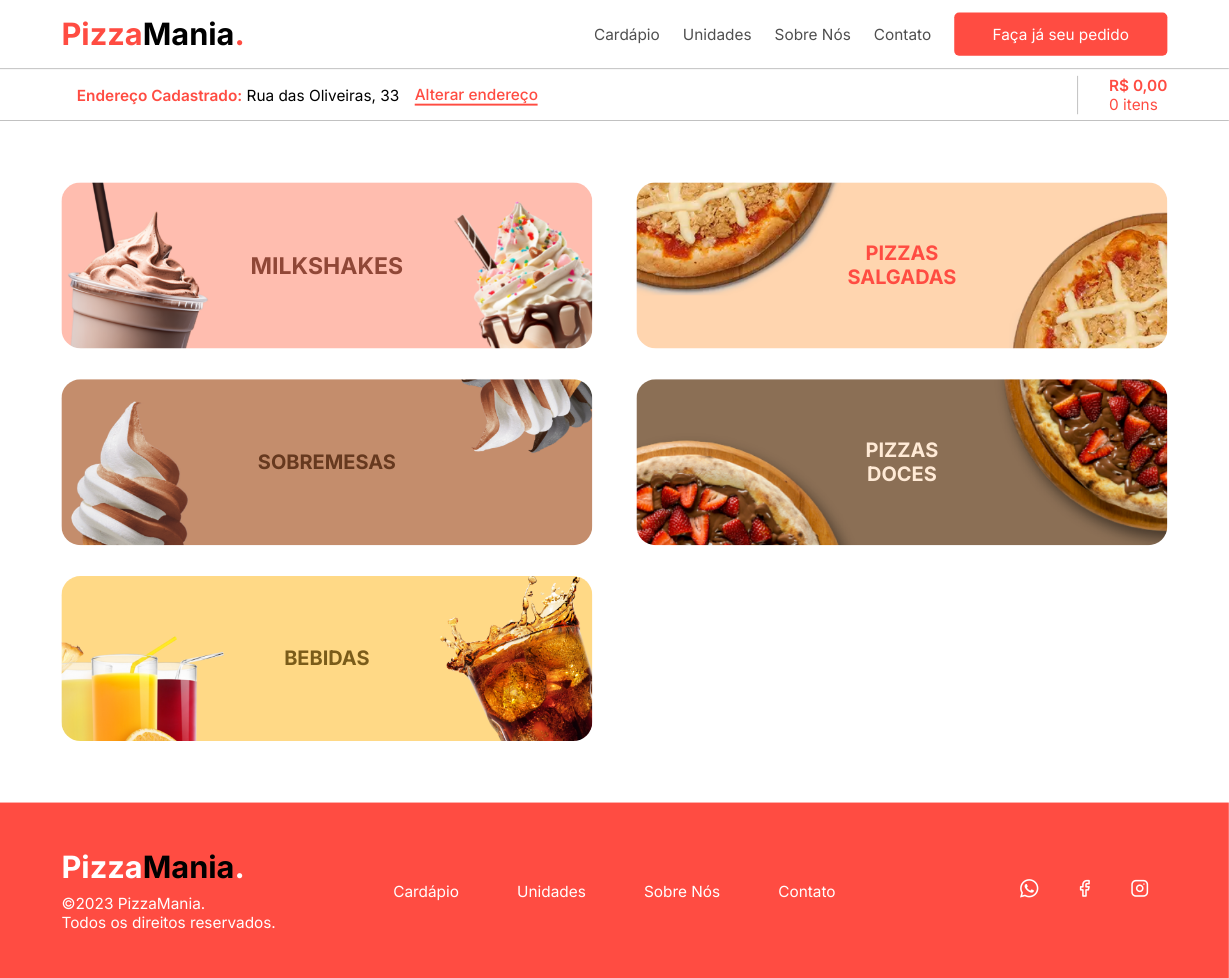
Repository: lucas-albuq/PizzaMania
Page: assets/pages/cardapio.html
An editor plug-in stored every save of this project. The page is shown before and after a run of saves, followed by the edit.
The browser window is 1280 px wide. The pictures show the whole page, at 96% of full size.
The pointer rests on the first visible `.categorias-cardapio a`.
Some icons come from a web library that is not loaded, so they are not drawn. Some web libraries are served in a nearby version.

Above is the page before, as saved 2024-01-04 21:58:33.

### assets/pages/cardapio.html
<!DOCTYPE html>
<html lang="en">
<head>
    <meta charset="UTF-8">
    <meta name="viewport" content="width=device-width, initial-scale=1.0">
    <title>PizzaMania. - Cardápio</title>
    <link rel='stylesheet' href='https://cdn-uicons.flaticon.com/2.0.0/uicons-regular-rounded/css/uicons-regular-rounded.css'>
    <link rel="stylesheet" href="/assets/fonts/style.css">
    <link rel="stylesheet" href="/assets/css/pizzamania.css">
</head>
<body>
    <div id="header"></div>
    <main>
        <div class="categorias-cardapio">
            <a href="#">
                <div class="milkshakes">
                    <h2>Milkshakes</h2>
                </div>
            </a>
            <a href="#">
                <div class="pizzas-salgadas">
                    <h2>Pizzas <br>Salgadas</h2>
                </div>
            </a>
            <a href="#">
                <div class="sobremesas">
                    <h2>Sobremesas</h2>
                </div>
            </a>
            <a href="#">
                <div class="pizzas-doces">
                    <h2>Pizzas <br>Doces</h2>
                </div>
            </a>
            <a href="#">
                <div class="bebidas">
                    <h2>Bebidas</h2>
                </div>
            </a>
        </div>
    </main>
    <div id="footer"></div>
    <script src="https://ajax.googleapis.com/ajax/libs/jquery/3.1.0/jquery.min.js"></script>
    <script src="../../main.js"></script>
</body>
</html>

### assets/fonts/style.css
@font-face {
  font-family: 'icomoon';
  src:  url('fonts/icomoon.eot?r532as');
  src:  url('fonts/icomoon.eot?r532as#iefix') format('embedded-opentype'),
    url('fonts/icomoon.ttf?r532as') format('truetype'),
    url('fonts/icomoon.woff?r532as') format('woff'),
    url('fonts/icomoon.svg?r532as#icomoon') format('svg');
  font-weight: normal;
  font-style: normal;
  font-display: block;
}

[class^="icon-"], [class*=" icon-"] {
  /* use !important to prevent issues with browser extensions that change fonts */
  font-family: 'icomoon' !important;
  speak: never;
  font-style: normal;
  font-weight: normal;
  font-variant: normal;
  text-transform: none;
  line-height: 1;

  /* Better Font Rendering =========== */
  -webkit-font-smoothing: antialiased;
  -moz-osx-font-smoothing: grayscale;
}

.icon-delivery:before {
  content: "\e909";
}
.icon-pizza:before {
  content: "\e90a";
}
.icon-fatia:before {
  content: "\e90b";
}
.icon-whatsapp:before {
  content: "\e900";
}
.icon-brand:before {
  content: "\e900";
}
.icon-social:before {
  content: "\e900";
}
.icon-facebook:before {
  content: "\e902";
}
.icon-instagram:before {
  content: "\e903";
}
.icon-mail:before {
  content: "\e904";
}
.icon-map-pin:before {
  content: "\e905";
}
.icon-menu:before {
  content: "\e901";
}
.icon-phone:before {
  content: "\e906";
}
.icon-x:before {
  content: "\e907";
}
.icon-youtube:before {
  content: "\e908";
}

### assets/css/pizzamania.css
@import url('https://fonts.googleapis.com/css2?family=Inter:wght@100;200;300;400;500;600;700;800;900&display=swap');

:root {
  --base-hue: 3;
  --primary-color: hsl(var(--base-hue), 100%, 63%);
  --secondary-color: hsl(var(--base-hue), 0%, 0%);
  --text-color: hsl(var(--base-hue), 0%, 31%);
  --text-hover-color: hsl(var(--base-hue), 0%, 51%);
  --background-color: hsl(var(--base-hue), 0%, 100%);
  --button-background: hsl(var(--base-hue), 100%, 63%);
  --button-hover-background: hsl(var(--base-hue), 67%, 47%);
  --divider-color: hsl(var(--base-hue), 0%, 75%);
  --shadow-color:rgba(0, 0, 0, 0.25);
  --box-shadow: 0px 2px 8px 0px rgba(0, 0, 0, 0.25);
}

* {
  padding: 0;
  margin: 0;
  scroll-behavior: smooth;
  font-family: 'Inter', sans-serif;
  box-sizing: border-box;
}

header {
  display: flex;
  flex-direction: column;
  align-items: center;
}

main{
  max-width: 80em;
  width: 90%;
  margin: 4em auto;
  display: flex;
  flex-direction: column;
  gap: 4em;
}

section{
  display: flex;
  flex-direction: column;
  gap: 2em;
}

h2{
  font-size: 1.3em;
  color: var(--primary-color);
  text-transform: uppercase;
}

h3{
  font-size: 1.2em;
}

.header1, .header2 {
  display: flex;
  max-width: 80em;
  width: 90%;
  justify-content: space-between;
  align-items: center;
}

.header1 {
  padding: .8em 0;
}

.header2 {
  padding: .4em 0;
}

.header1 h1 a {
  color: var(--primary-color);
  font-size: 2rem;
}

.header1 h1 span {
  color: var(--secondary-color);
}

.header1_menus {
  display: flex;
  gap: 1.5em;
}

.header1 nav {
  display: flex;
  align-items: center;
}

.header1 ul {
  display: flex;
  list-style-type: none;
  align-items: center;
  justify-content: center;
  gap: 1.5em;
  align-items: center;
}

.header1 a {
  text-decoration: none;
  color: var(--text-color);
  font-size: 1rem;
  transition: color .2s;
}

.header1 nav a:hover {
  color: var(--text-hover-color);
}

.header1 button {
  padding: .8em 2.5em;
  border-radius: 5px;
  line-height: initial;
  align-self: center;
  background-color: var(--button-background);
  border: none;
  color: #FFF;
  font-size: 1rem;
  cursor: pointer;
  transition: background .2s;
}

.header1 button:hover {
  background-color: var(--button-hover-background);
}

.divider {
  border-bottom: 1px solid var(--divider-color);
  width: 100%;
}

.header2 .endereco, .header2 .carrinho {
  display: flex;
  gap: 1em;
  align-items: center;
}

.header2 .carrinho {
  border-left: 1px solid var(--divider-color);
  padding-left: 1em;
  cursor: pointer;
}

.header2 .fi, .header2 span, .carrinho p {
  color: var(--primary-color);
  transition: color .2s;
}

.header2 .endereco button {
  background: none;
  border: none;
  font-size: 1rem;
  color: var(--primary-color);
  font-weight: 500;
  border-bottom: 2px solid var(--primary-color);
  cursor: pointer;
  transition: color .2s;
}

.header2 .endereco button:hover {
  color: var(--button-hover-background);
  border-color: var(--button-hover-background);
}

.header2 .carrinho:hover .valor p, .carrinho:hover .fi {
  color: var(--button-hover-background);
}

.header2 span, .carrinho p:first-child {
  font-weight: 600;
}

footer{
  background-color: var(--primary-color);
}
footer .footer{
  display: flex;
  max-width: 80em;
  width: 90%;
  margin: 0 auto;
  justify-content: space-between;
  align-items: center;
  padding: 3em 0;
}
.footer .footer-menu{
  width: 40%;
}
.footer .footer-menu ul{
  display: flex;
  list-style-type: none;
  justify-content: space-between;
}
.footer .footer-menu a{
  color: var(--background-color);
  text-decoration: none;
  transition: color .2s
}
.footer-menu a:hover{
  color: var(--divider-color)
}
.footer-logo-copy, .footer-social-medias{
  width: 20%;
}
.footer-social-medias{
  display: flex;
  justify-content: end;
  align-items: center;
}
.footer-social-medias a{
  text-decoration: none;
}
.footer-social-medias div {
  color: var(--background-color);
  font-size: 1.2rem;
  padding: 1em;
  transition: all .5s ease;
}

.footer-social-medias div:hover {
  transform: translateY(-5px);
}
.footer-social-medias div::after{
  content: "";
  display: block;
  width: 0;
  height: 3px;
  margin-top: 3px;
  border-radius: 5px;
  background: var(--background-color);
  transition: all .2s ease;
}
.footer-social-medias div:hover::after{
  width: 100%;
}
.footer-logo-copy{
  display: flex;
  flex-direction: column;
  gap: .5em;
  color: var(--background-color)
}
.footer-logo-copy a{
  color: var(--background-color);
  text-decoration: none;
}
.footer-logo-copy a span{
  color: var(--secondary-color);
}
.servicos > div{
  display: flex;
  justify-content: space-between;
}
.servicos > div > div{
  box-shadow: var(--box-shadow);
  display: flex;
  flex-direction: column;
  align-items: center;
  justify-content: center;
  padding: 2.5em;
  width: 30%;
  gap: 1.5em;
  border-radius: 20px;
  border-bottom: var(--primary-color) solid 8px;
}

.servicos img{
  height: 3.5em;
}

.servicos p{
  text-align: center;
}

.carrossel .swiper {
  width: 100%;
  aspect-ratio: 16/6;
  border-radius: 20px;
}
.carrossel .swiper img{
  width: 100%;
  aspect-ratio: 16/6;
  filter: brightness(75%);
}
.swiper-pagination-bullet{
  padding: 3px;
}
.swiper-pagination-bullet-active{
  background: var(--primary-color);
}
.swiper-button-next, .swiper-button-prev{
  color: #FFF
}
.promocoes .swiper-slide, .assessments .swiper-slide{
  padding: 1em .2em;
}
.promocoes .card{
  display: flex;
  flex-direction: column;
  padding: 2em;
  gap: 2em;
  box-shadow: var(--box-shadow);
  border-radius: 20px;
}
.promocoes .card-top, .promocoes .card-bottom{
  display: flex;
  justify-content: space-between;
}
.promocoes .card-top-text{
  width: 65%;
  display: flex;
  flex-direction: column;
  gap: 1em;
}
.promocoes .card-top-image{
  width: 35%;
}
.promocoes .card-top-image img{
  width: 100%;
}
.promocoes .card-bottom p span{
  font-weight: bold;
  font-size: 1.2em;
}
.promocoes .card-bottom button{
  border: none;
  background: var(--button-background);
  padding: 0 3em;
  border-radius: 5px;
  color: #FFF;
  font-size: 1rem;
  cursor: pointer;
  transition: background .2s;
}
.promocoes .card-bottom button:hover{
  background: var(--button-hover-background);
}
.swiper-container{
  overflow: hidden;
}
/*Novamente reutilizando código antigo meu (é meu msm)*/
.assessments .assessments__container .swiper-wrapper{
  display: flex;
  flex-wrap: nowrap;
}
.assessments .assessments__container .assessments__assessment blockquote{
  padding: 2em;
  box-shadow: var(--box-shadow);
  border-radius: 20px;
  height: auto;
  width: 100%;
}
.assessments .assessments__container .assessments__assessment p{
  position: relative;
  text-indent: 1.875rem;
  margin-bottom: 1.5rem;
  color: var(--title-color);
}
.assessments .assessments__container .assessments__assessment p span{
  font-size: 4rem;
  font-family: serif;
  font-weight: 700;
  position: absolute;
  color: var(--primary-color);
  top: -1.375rem;
  left: -2.300rem;
}
.assessments .assessments__container .assessments__assessment cite {
  display: flex;
  align-items: center;
  font-style: normal;
  text-transform: capitalize;
}
.assessments .assessments__container .assessments__assessment cite img{
  height: 2rem;
  width: 2rem;
  object-fit: cover;
  clip-path: circle();
  margin-right: 0.5rem;
}
.categorias-cardapio{
  display: flex;
  flex-wrap: wrap;
  gap: 2em;
  justify-content: space-between;
}
.categorias-cardapio div{
  text-align: center;
  height: 100%;
  display: flex;
  align-items: center;
  justify-content: center;
  border-radius: 20px;
  background-size: 100% auto;
  background-position: center;
  background-repeat: no-repeat;
  aspect-ratio: 16/5;
}
.categorias-cardapio a{
  text-decoration: none;
  flex: 0 0 48%;
}

.categorias-cardapio h2{
  transition: all .2s;
}

.categorias-cardapio a:hover h2{
  font-size: 1.5em
}
.categorias-cardapio a:hover div{

}

.categorias-cardapio .milkshakes{
  background-image: url("/assets/images/Milkshakes.png");

}
.categorias-cardapio .milkshakes h2{
  color: #904737;
}

.categorias-cardapio .pizzas-salgadas{
  background-image: url("/assets/images/pizzasSalgadas.png");
}

.categorias-cardapio .sobremesas h2{
  color: #66391F;
}

.categorias-cardapio .sobremesas{
  background-image: url("/assets/images/sobremesas.png");
}
.categorias-cardapio .pizzas-doces{
  background-image: url("/assets/images/pizzasDoces.png");
}

.categorias-cardapio .pizzas-doces h2{
  color: #FFEAD6;
}

.categorias-cardapio .bebidas{
  background-image: url("/assets/images/bebidas.png");
}

.categorias-cardapio .bebidas h2{
  color: #7A5C1A;
}

### main.js
document.addEventListener('DOMContentLoaded', function() {
    const header = document.getElementById('header');
    const footer = document.getElementById('footer');

    fetch('/assets/html/header.html')
        .then(response => response.text())
        .then(data => {
            header.innerHTML = data;

            const fazerPedido = document.querySelector(".header1_menus button");
            fazerPedido.addEventListener("click", () => window.open('./assets/pages/cardapio.html', '_self'));
        });

    fetch('/assets/html/footer.html')
        .then(response => response.text())
        .then(data => {
            footer.innerHTML = data;
        });
});

### assets/html/header.html
<header>
        <div class="header1">
            <h1><a href="/index.html">Pizza<span>Mania</span>.</a></h1>
            <div class="header1_menus">
                <nav>
                    <ul>
                        <li><a href="#">Cardápio</a></li>
                        <li><a href="#">Unidades</a></li>
                        <li><a href="#">Sobre Nós</a></li>
                        <li><a href="#">Contato</a></li>
                    </ul>
                </nav>
                <button>
                    Faça já seu pedido
                </button>
            </div>
        </div>
        <div class="divider"></div>
        <div class="header2">
            <div class="endereco">
                <i class="fi fi-rr-home"></i>
                <p><span>Endereço Cadastrado:</span> Rua das Oliveiras, 33</p>
                <button>Alterar endereço</button>
            </div>
            <div class="carrinho">
                <i class="fi fi-rr-shopping-cart"></i>
                <div class="valor">
                    <p>R$ 0,00</p>
                    <p>0 itens</p>
                </div>
            </div>
        </div>
        <div class="divider"></div>
    </header>

### assets/html/footer.html
<footer>
    <div class="footer">
        <div class="footer-logo-copy">
            <h1><a href="/index.html">Pizza<span>Mania</span>.</a></h1>
            <p>
                ©2023 PizzaMania. <br>
                Todos os direitos reservados.
            </p>
        </div>
        <nav class="footer-menu">
            <ul>
                <li><a href="">Cardápio</a></li>
                <li><a href="">Unidades</a></li>
                <li><a href="">Sobre Nós</a></li>
                <li><a href="">Contato</a></li>
            </ul>
        </nav>
        <div class="footer-social-medias">
            <a href="#">
                <div class="icon-whatsapp"></div>
            </a>
            <a href="#">
                <div class="icon-facebook"></div>
            </a>
            <a href="#">
                <div class="icon-instagram"></div>
            </a>
        </div>
    </div>
</footer>

After the next 4 saves:
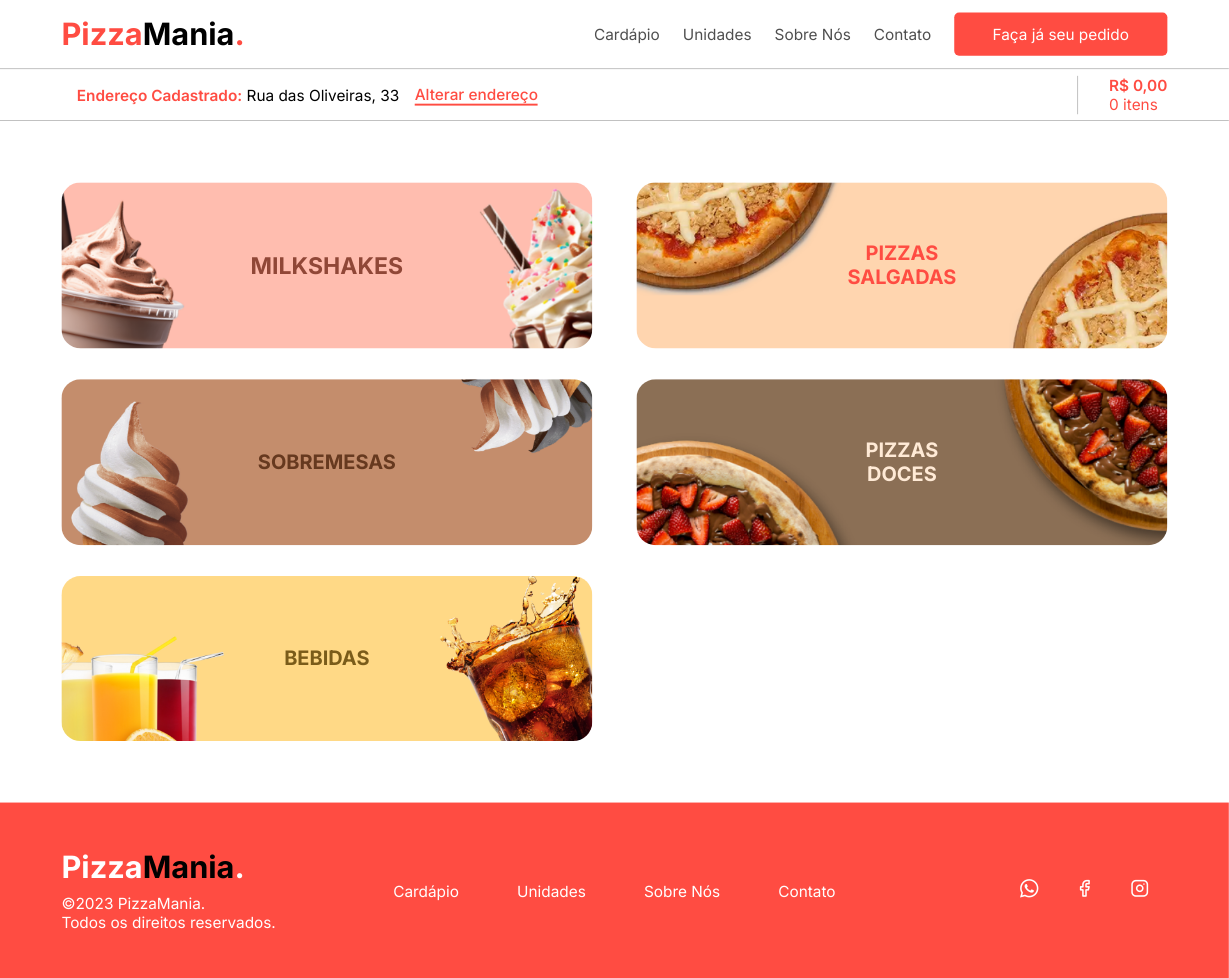
The 4 saves are shown as one change because they came seconds apart.
The last was saved 14 s later.
--- a/assets/css/pizzamania.css
+++ b/assets/css/pizzamania.css
@@ -408,7 +408,7 @@ footer .footer{
   font-size: 1.5em
 }
 .categorias-cardapio a:hover div{
-
+  background-size: 120% auto;
 }
 
 .categorias-cardapio .milkshakes{
